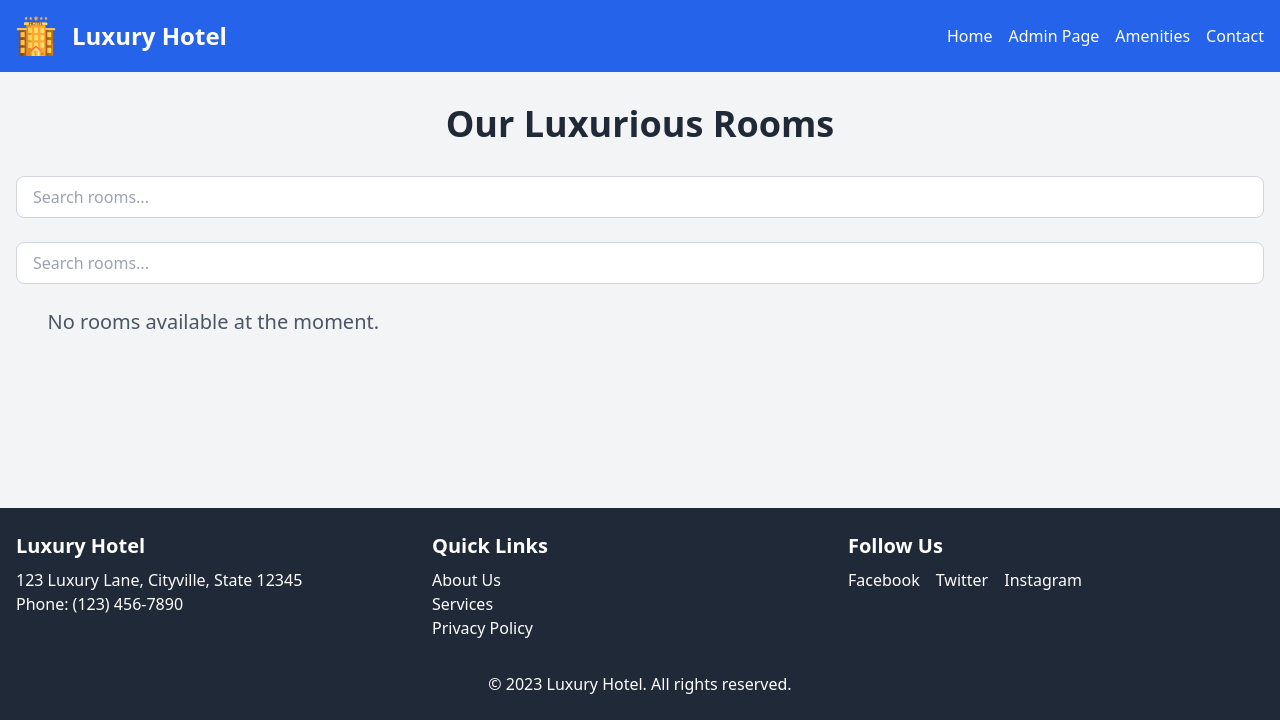
Repository: LeTiepTuyen/hw4_hotel_admin_letieptuyen
Page: index.html
An editor plug-in stored every save of this project. The page is shown before and after the next save, followed by the edit.
The browser window is 1280 px wide. The pictures show the whole page.
Some web libraries are served in a nearby version.

Above is the page before, as saved 2024-10-08 17:23:44.

After the next save:
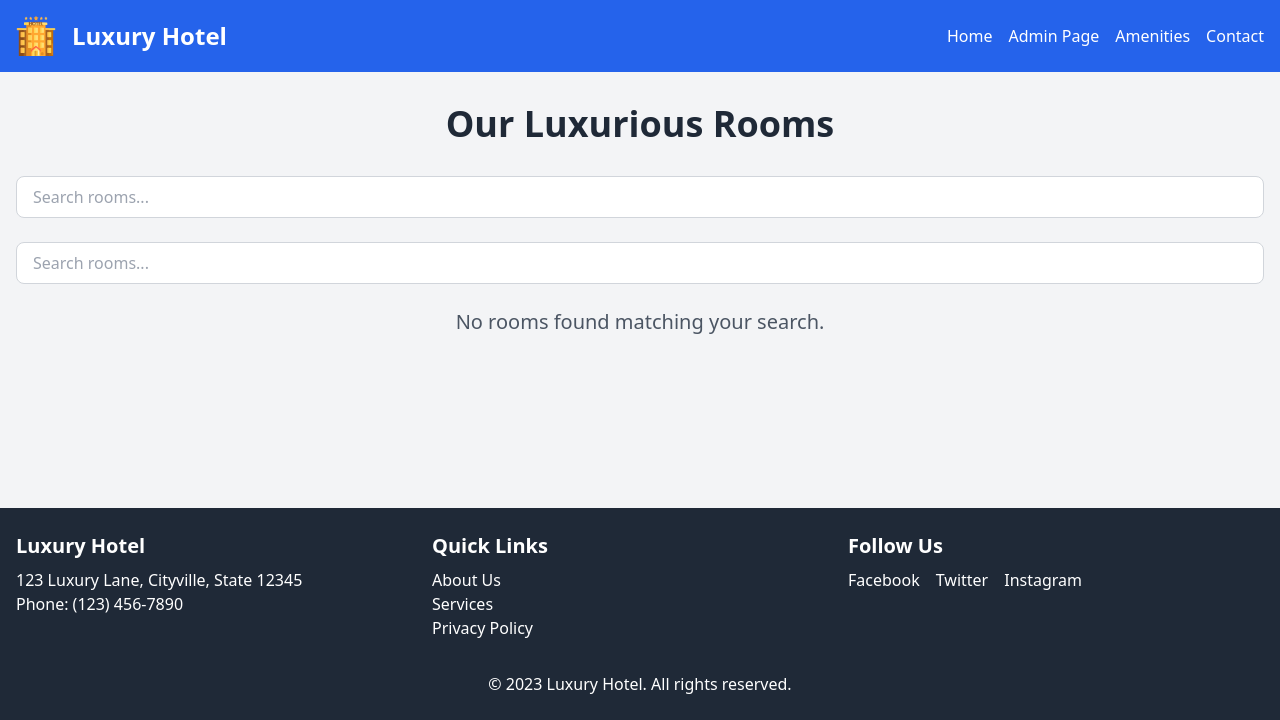
Saved 31 s later.
--- a/index.html
+++ b/index.html
@@ -148,24 +148,10 @@
       }
 
       // Populate room list from localStorage
+      // Modify the renderHomepageRooms function
       function renderHomepageRooms() {
-        const roomList = document.getElementById("roomList");
-        roomList.innerHTML = ""; // Xóa các phần tử cũ
-
-        const rooms = getRoomsFromLocalStorage(); // Lấy danh sách phòng từ localStorage
-
-        // Kiểm tra và render các phòng từ localStorage
-        if (rooms.length > 0) {
-          rooms.forEach((room) => {
-            roomList.appendChild(createRoomCard(room));
-          });
-        } else {
-          // Nếu không có phòng nào trong localStorage, hiển thị một thông báo
-          const noRoomsMessage = document.createElement("p");
-          noRoomsMessage.textContent = "No rooms available at the moment.";
-          noRoomsMessage.className = "text-center text-gray-600 text-xl";
-          roomList.appendChild(noRoomsMessage);
-        }
+        const rooms = getRoomsFromLocalStorage();
+        renderRoomCards(rooms);
       }
 
       // Khi page load, render dữ liệu từ localStorage
